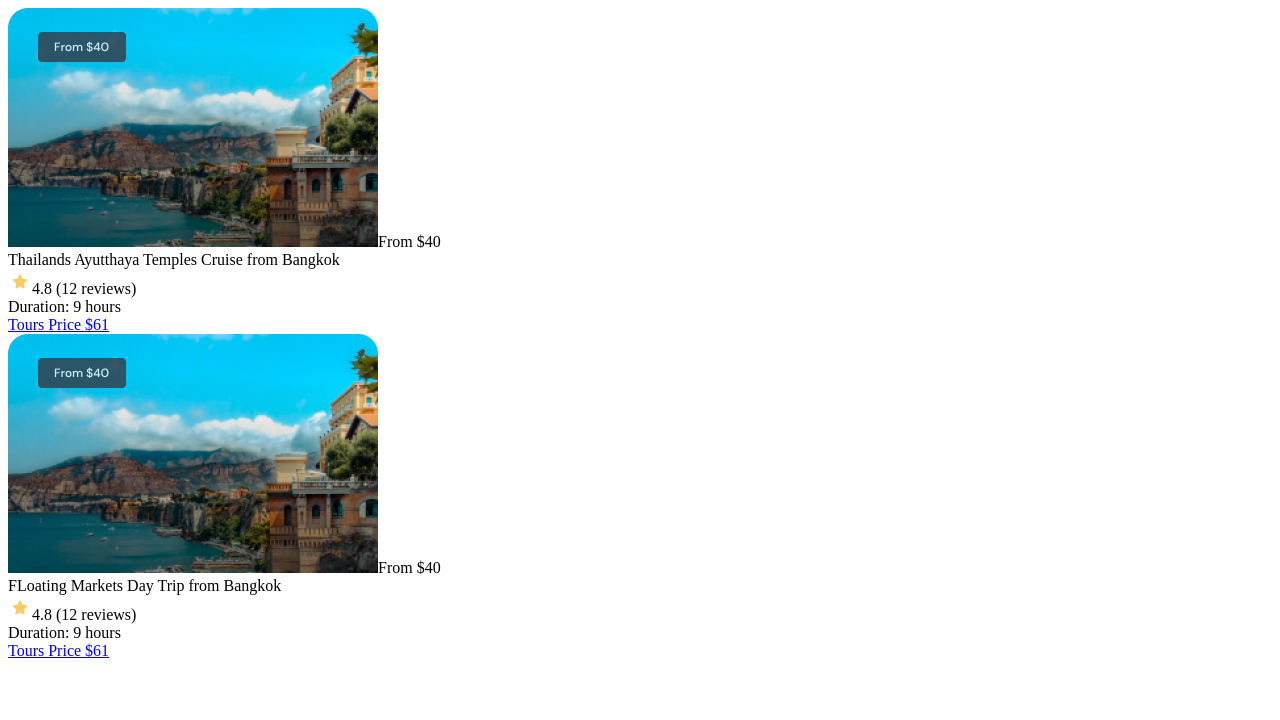
Repository: nguyentuankiet-k61/K_IT-demo
Page: index.html
The author's editor kept a copy of each file at every save. The page is drawn from the files as they stood at one save, then again after the next save.
The browser window is 1280 px wide. The pictures show the whole page.

Above is the page before, as saved 2022-09-23 18:00:34.

After the next save:
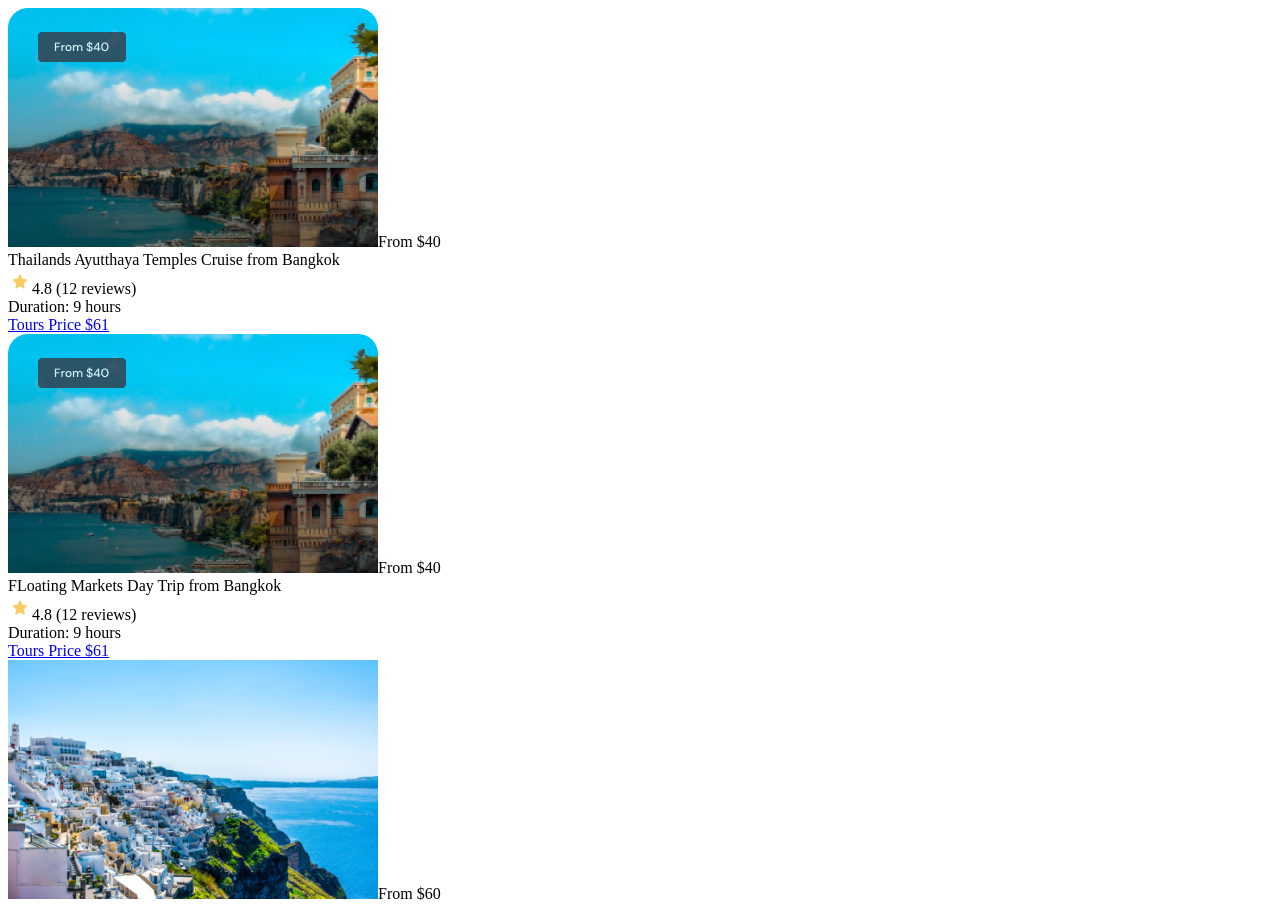
Saved 48 s later.
--- a/index.html
+++ b/index.html
@@ -47,17 +47,17 @@ Bangkok
             <a href="https://www.facebook.com/kutooo" target="noopener noreferrer" class="Tours_botton">Tours Price $61</a></br>
         </div>
         </div>
-        <!-- <div class="Tours_top">
+        <div class="Tours_top">
             <img src="./image/img3.png" alt="this_is_image"/>From $60
-            <div class="Tours_content">
+            <!-- <div class="Tours_content">
                 <div class="Tours_titlle">
                     Bangkok Dinner Cruise on the
 Chao Phraya River
                 </div>
                 <div class="Tours_ratting"></div>
                 <div class="Tours-botton></div>
-            </div>
-        </div> -->
+            </div> -->
+        </div>
     </div>
  </div>
 </body>
